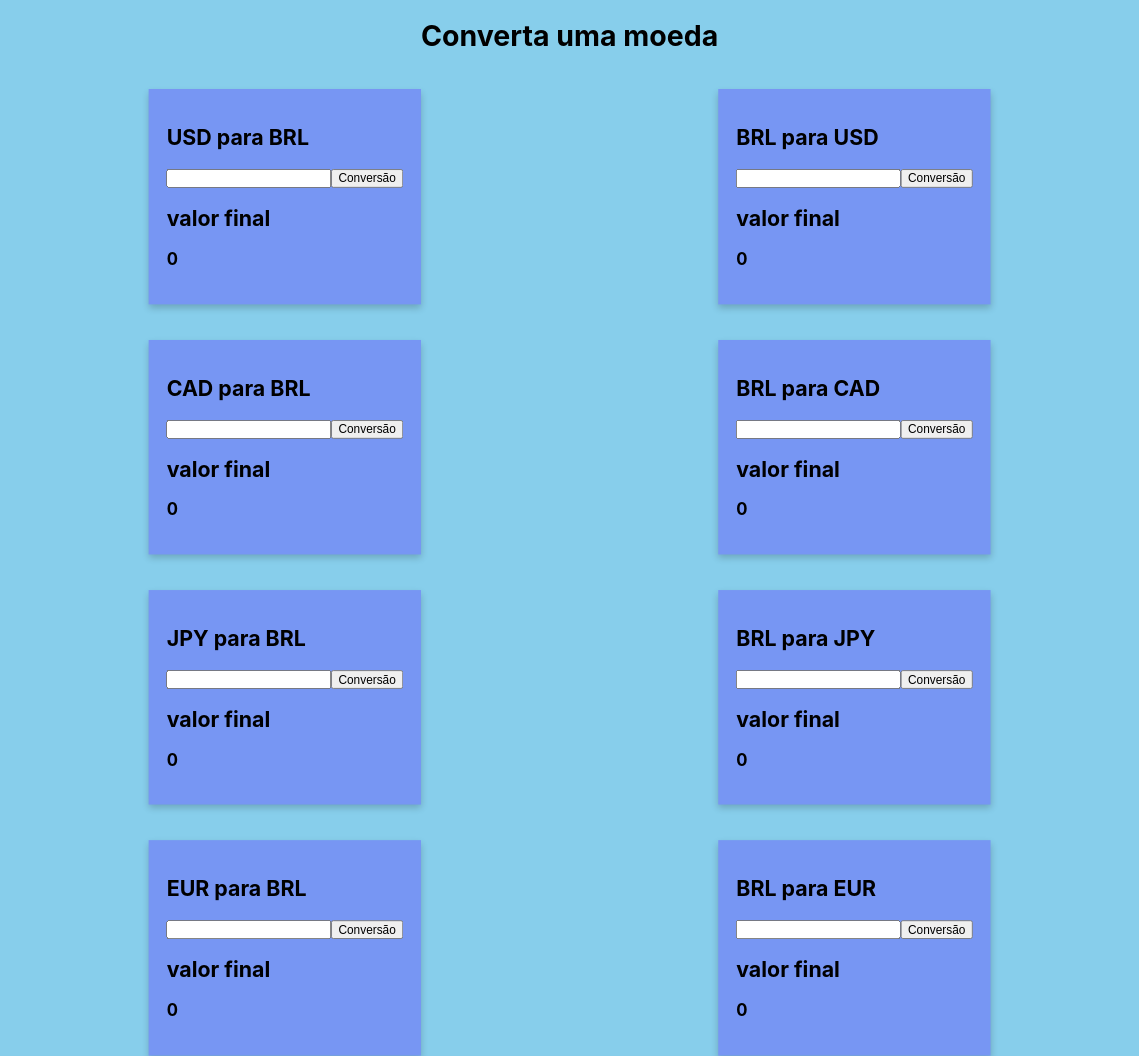
Repository: DeanLemosXD/Currency-converter
Page: /
An editor plug-in stored every save of this project. The page is shown before and after the next save, followed by the edit.
The browser window is 1280 px wide. The pictures show the whole page, at 89% of full size.
The project was rebuilt for these pictures with package versions that can differ from the ones it lists, and the page was loaded fresh each time.

Above is the page before, as saved 2021-10-19 18:23:41.

### src/index.css
body {
  margin: 0;
  font-family: -apple-system, BlinkMacSystemFont, 'Segoe UI', 'Roboto', 'Oxygen',
    'Ubuntu', 'Cantarell', 'Fira Sans', 'Droid Sans', 'Helvetica Neue',
    sans-serif;
  -webkit-font-smoothing: antialiased;
  -moz-osx-font-smoothing: grayscale;
  background-color: skyblue;
}

code {
  font-family: source-code-pro, Menlo, Monaco, Consolas, 'Courier New',
    monospace;
}

### src/App.js
import './App.css';
import Conversor from './components/Conversor';

function App() {
  return (
    <div className="App">
      <h1>Converta uma moeda</h1>
      <div className="linha">
      <Conversor moedaA="USD" moedaB="BRL"></Conversor>
      <Conversor moedaA="BRL" moedaB="USD"></Conversor>
      </div>
      <div className="linha">
      <Conversor moedaA="CAD" moedaB="BRL"></Conversor>
      <Conversor moedaA="BRL" moedaB="CAD"></Conversor>
      </div>
      <div className="linha">
      <Conversor moedaA="JPY" moedaB="BRL"></Conversor>
      <Conversor moedaA="BRL" moedaB="JPY"></Conversor>
      </div>
      <div className="linha">
      <Conversor moedaA="EUR" moedaB="BRL"></Conversor>
      <Conversor moedaA="BRL" moedaB="EUR"></Conversor>
      </div>
    </div>
  );
}

export default App;

### src/App.css
.linha{
    display:flex;
    margin-top:  40px;
    justify-content: space-around;

}

h1{

    text-align: center;
}

.app{
    margin: auto;
    max-width: 900px;
}

### src/components/Conversor.js
import React, { Component } from 'react'
import './conversor.css'
export default class Conversor extends Component {

    // eslint-disable-next-line no-useless-constructor
    constructor(props){
        super(props);

        this.state = {
            moedaA_Valor:"",
            moedaB_Valor:0,

        }

        this.converter = this.converter.bind(this)
    }

    converter(){

        let de_para = `${this.props.moedaA}_${this.props.moedaB}`;
        let url = `http://free.currconv.com/api/v7/convert?q=${de_para}&compact=ultra&apiKey=0d7e32903cad9cf7460c`
        //console.log(url)
        fetch(url).then(res=>{
            return res.json()
        })
        .then(json=>{

            let cotacao = json[de_para];
            let moedaB_Valor = (parseFloat(this.state.moedaA_Valor) * cotacao).toFixed(2)
            this.setState({moedaB_Valor})
        })
    }
    render(){
        return (
            <div className="conversor">
                <h2>{this.props.moedaA} para {this.props.moedaB}</h2>
                <input type="text" onChange={(event)=>{this.setState({moedaA_Valor:event.target.value})}}></input>
                <input type="button" value="Conversão" onClick={this.converter}></input>
                <h2>valor final</h2>
                <h3>{this.state.moedaB_Valor}</h3>
            </div>
        )
    }
}

### src/components/conversor.css
.conversor{
        padding: 20px;
        max-width: 300px;
        box-shadow: 0 4px 8px 0 rgba(0, 0, 0, 0.2);
        background-color: rgb(119, 150, 243);
}

Loaded but not shown: public/index.html (common file); src/index.js (common file); src/reportWebVitals.js (common file)

After the next save:
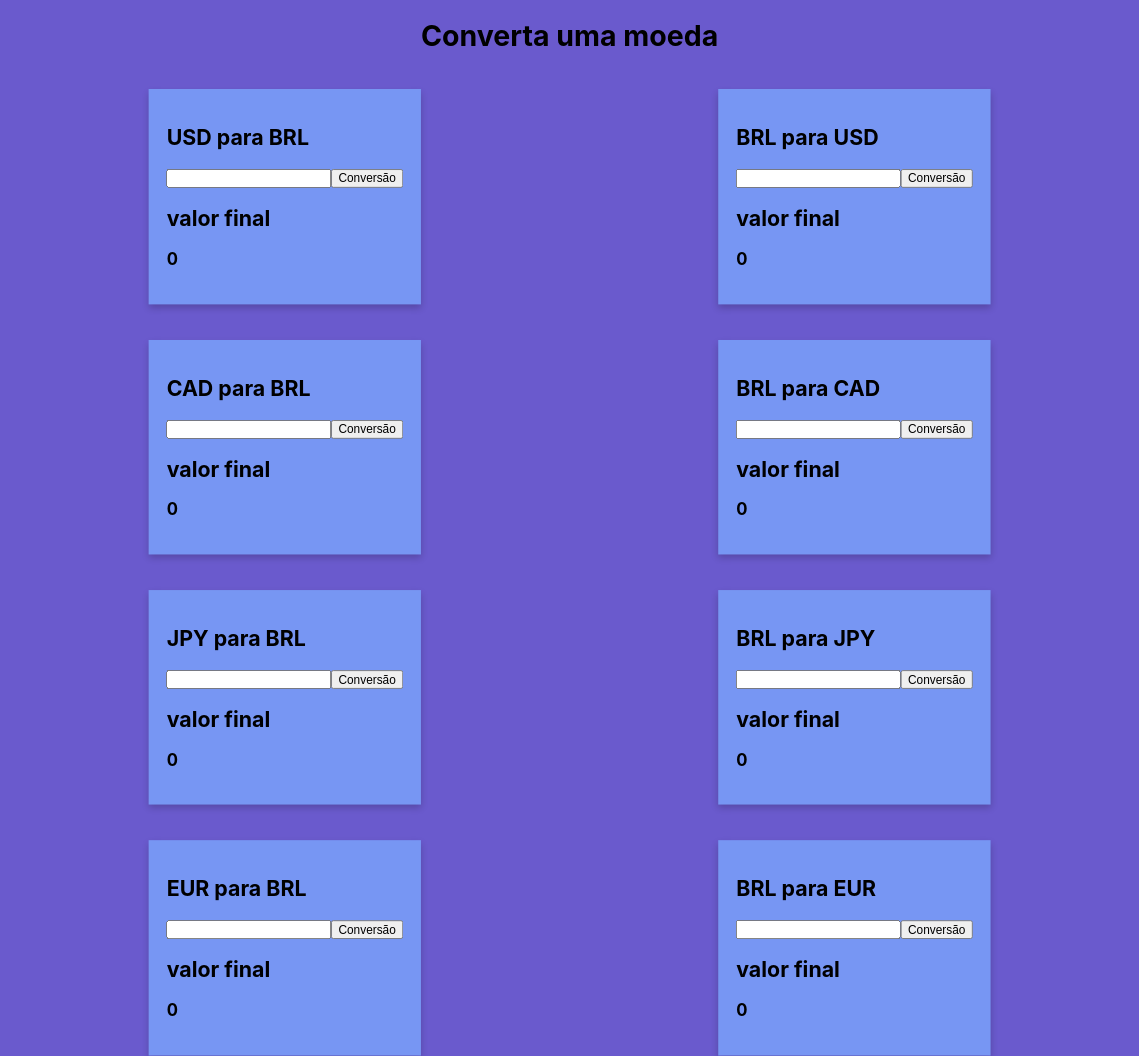
Saved 15 s later.
--- a/src/index.css
+++ b/src/index.css
@@ -5,7 +5,7 @@ body {
     sans-serif;
   -webkit-font-smoothing: antialiased;
   -moz-osx-font-smoothing: grayscale;
-  background-color: skyblue;
+  background-color:slateblue
 }
 
 code {
